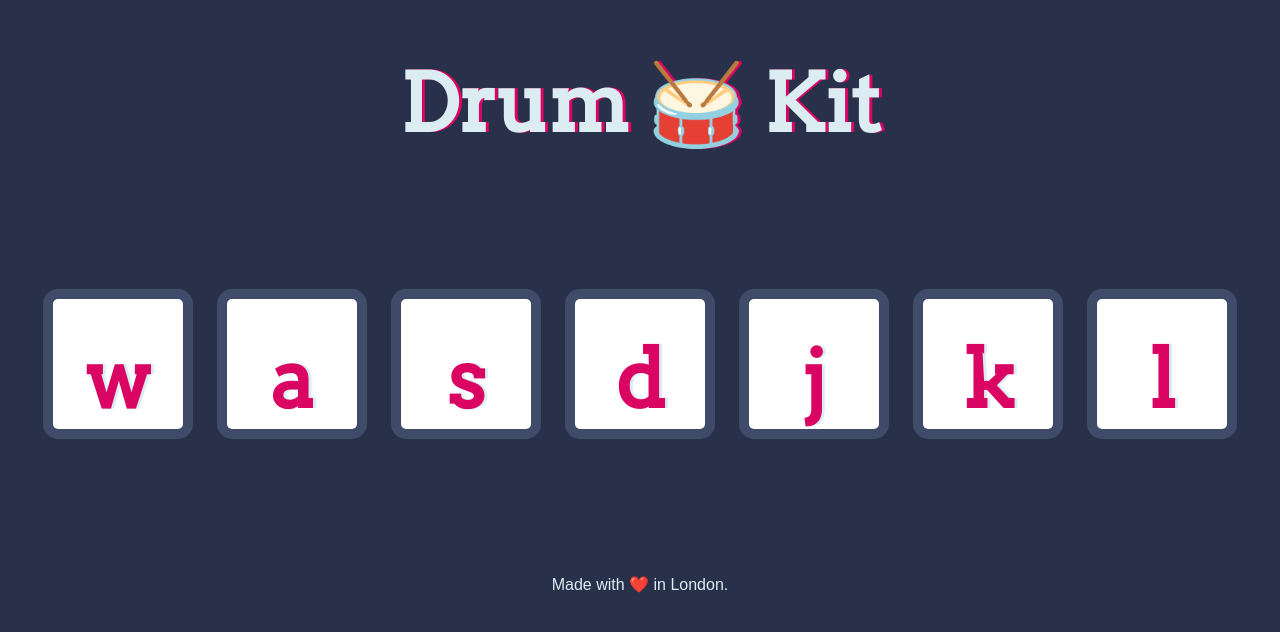
Repository: finchwebtech/DrumKit
Page: index.html
An editor plug-in stored every save of this project. The page is shown before and after the next save, followed by the edit.
The browser window is 1280 px wide. The pictures show the whole page.

Above is the page before, as saved 2020-09-01 11:35:00.
Console error: TypeError: Cannot read properties of undefined (reading 'addEventListener')

### index.html
<!DOCTYPE html>
<html lang="en" dir="ltr">

<head>
  <meta charset="utf-8">
  <title>Drum Kit</title>
  <link rel="stylesheet" href="/DrumKit/styles.css">
  <link href="https://fonts.googleapis.com/css?family=Arvo" rel="stylesheet">
</head>

<body>

  <h1 id="title">Drum 🥁 Kit</h1>
  <div class="set Drum">
    <button class="w drum">w</button>
    <button class="a drum">a</button>
    <button class="s drum">s</button>
    <button class="d drum">d</button>
    <button class="j drum">j</button>
    <button class="k drum">k</button>
    <button class="l drum">l</button>
  </div>
  <script src = "/DrumKit/index.js"></script>
  <footer>
    Made with ❤️ in London.

  </footer>
</body>

</html>

### styles.css
body {
  text-align: center;
  background-color: #283149;
}

h1 {
  font-size: 5rem;
  color: #DBEDF3;
  font-family: "Arvo", cursive;
  text-shadow: 3px 0 #DA0463;

}

footer {
  color: #DBEDF3;
  font-family: sans-serif;
}

.w {

}

.a {

}

.s {

}

.d {

}

.j {

}

.k {

}

.l {

}

.set {
  margin: 10% auto;
}

.game-over {
  background-color: red;
  opacity: 0.8;
}

.pressed {
  box-shadow: 0 3px 4px 0 #DBEDF3;
  opacity: 0.5;
}

.red {
  color: red;
}

.drum {
  outline: none;
  border: 10px solid #404B69;
  font-size: 5rem;
  font-family: 'Arvo', cursive;
  line-height: 2;
  font-weight: 900;
  color: #DA0463;
  text-shadow: 3px 0 #DBEDF3;
  border-radius: 15px;
  display: inline-block;
  width: 150px;
  height: 150px;
  text-align: center;
  margin: 10px;
  background-color: white;
}

### index.js
var length = document.querySelectorAll(".drum").length;

for (i = 0;i < length; i++)
{
   document.querySelector("button")[i].addEventListener("click", function()
   {
    alert (i+"click");
   });
}

After the next save:
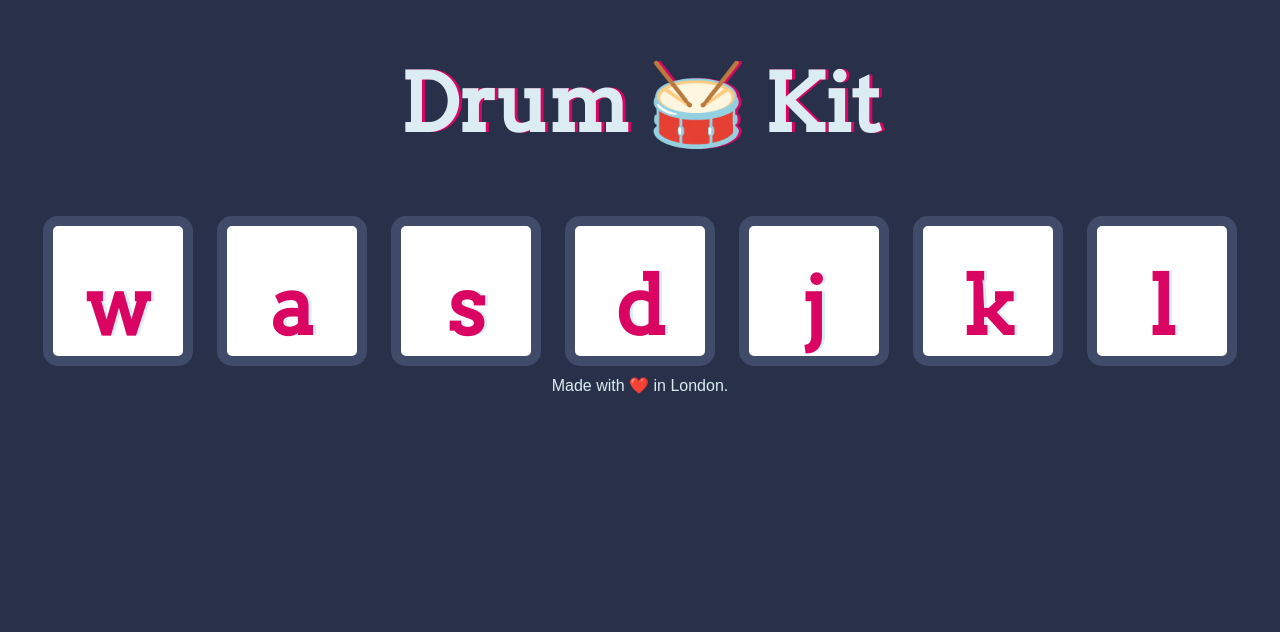
Saved 34 s later.
--- a/index.html
+++ b/index.html
@@ -11,7 +11,7 @@
 <body>
 
   <h1 id="title">Drum 🥁 Kit</h1>
-  <div class="set Drum">
+  <div class="Drum">
     <button class="w drum">w</button>
     <button class="a drum">a</button>
     <button class="s drum">s</button>

After the save that followed:
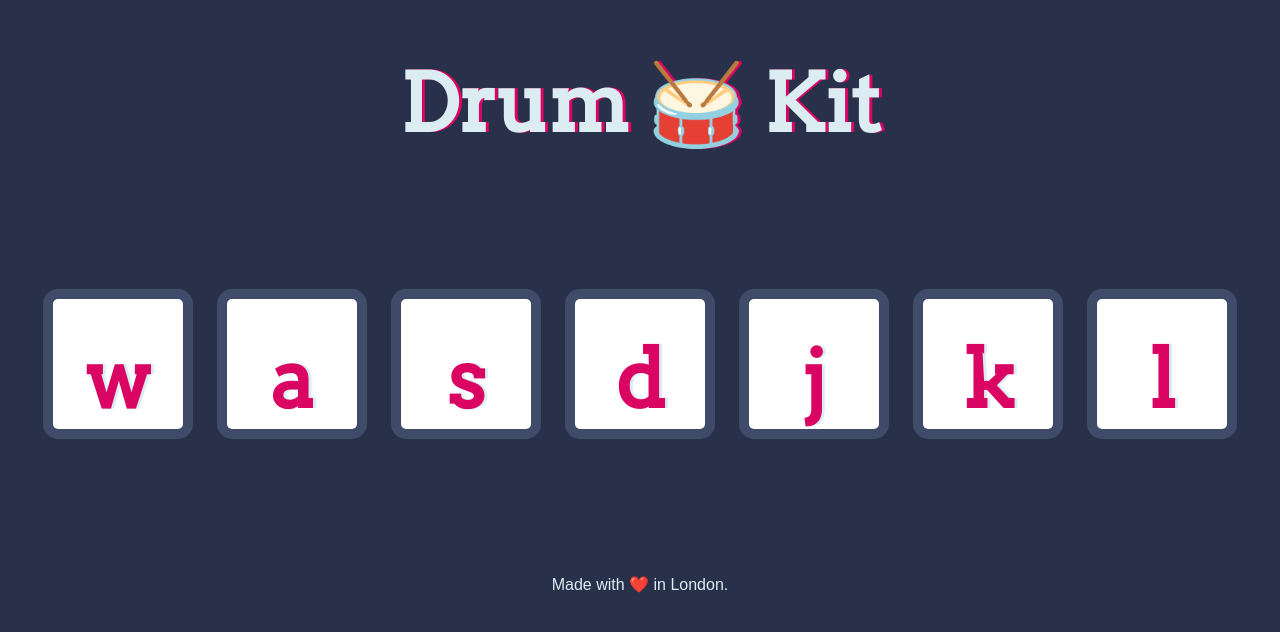
Saved 19 s later.
--- a/index.html
+++ b/index.html
@@ -11,7 +11,7 @@
 <body>
 
   <h1 id="title">Drum 🥁 Kit</h1>
-  <div class="Drum">
+  <div class="set">
     <button class="w drum">w</button>
     <button class="a drum">a</button>
     <button class="s drum">s</button>
